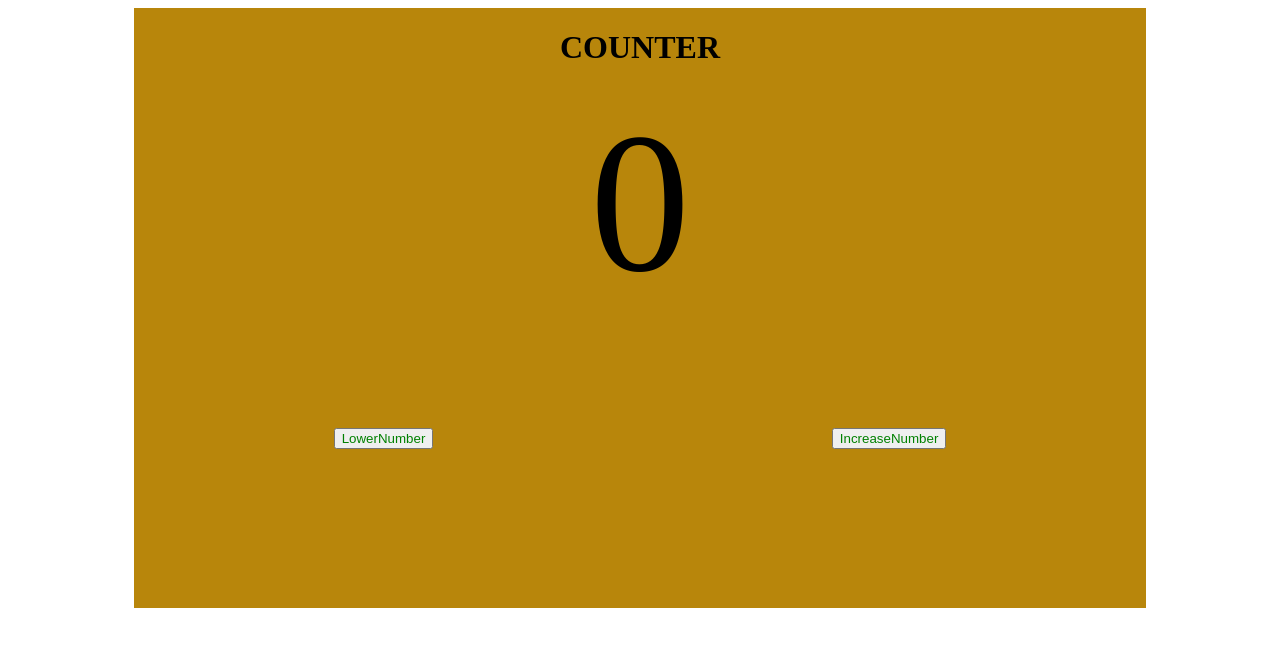
Repository: Sgalstyan06/counterNum
Page: index.html
These files come from the project's save history. The page is drawn as it stood at one moment and after a run of saves; the edit follows.
The browser window is 1280 px wide. The pictures show the whole page.

Above is the page before, as saved 2022-02-14 16:59:41.

After the next 2 saves:
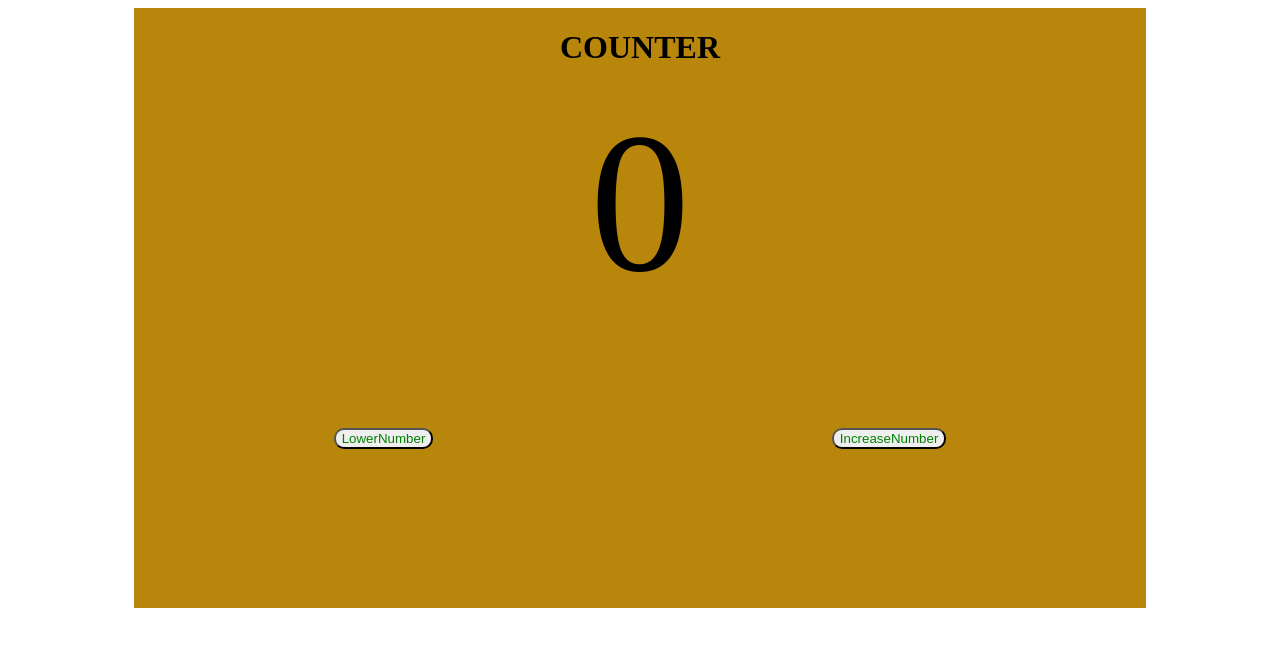
The 2 saves are shown as one change because they came seconds apart.
The last was saved 8 s later.
--- a/style.css
+++ b/style.css
@@ -26,5 +26,5 @@
 
 button{
     color: green;
-    border-radius: ;
+    border-radius: 10px;
 }
